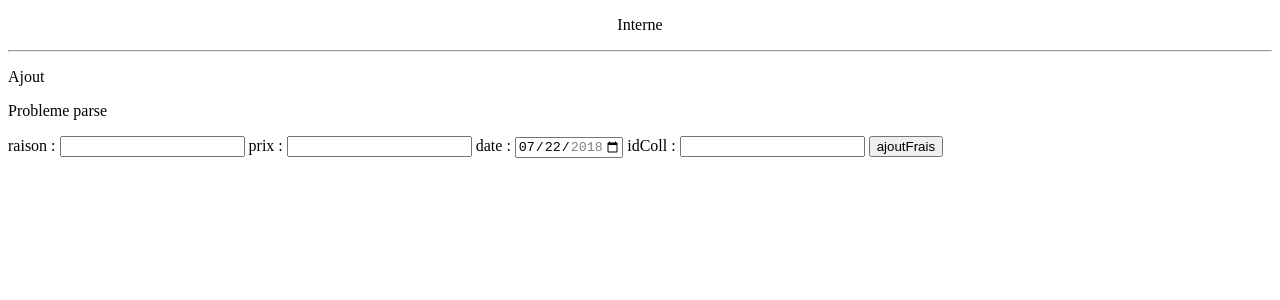
Repository: Shakibaei-2020/CRA_JEE_FINAL
Page: http://localhost/jee_crainfocom/ControleInterneGestionFrais
An editor plug-in stored every save of this project. The page is shown before and after the next save, followed by the edit.
The browser window is 1280 px wide. The pictures show the whole page.
The page is served by Tomcat 9.

Above is the page before, as saved 2021-04-08 14:56:30.

After the next save:
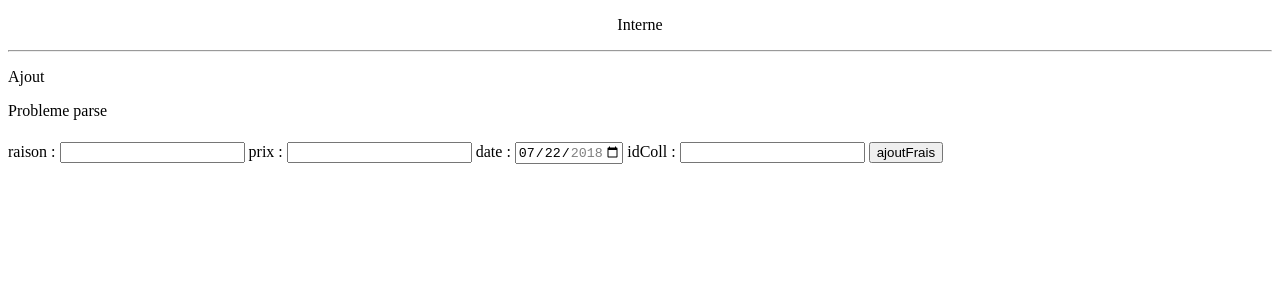
Saved 23 s later.
--- a/CRA_JEE_FINAL/jee_crainfocom/src/main/webapp/WEB-INF/AccueilInterne.jsp
+++ b/CRA_JEE_FINAL/jee_crainfocom/src/main/webapp/WEB-INF/AccueilInterne.jsp
@@ -21,7 +21,7 @@
             <input type="text" name="prixIn" id="prixlIn" />
 
             <label for="dateIn">date : </label>
-            <input style="diplay:block;" type="date" id="dateIn" name="dateIn" value="2018-07-22"  min="2018-01-01" max="2018-12-31">
+            <input style="margin: .4rem 0;" type="date" id="dateIn" name="dateIn" value="2018-07-22"  min="2018-01-01" max="2018-12-31">
 
    			<label for="idId">idColl : </label>
             <input type="text" name="idIn" id="idIn" />
